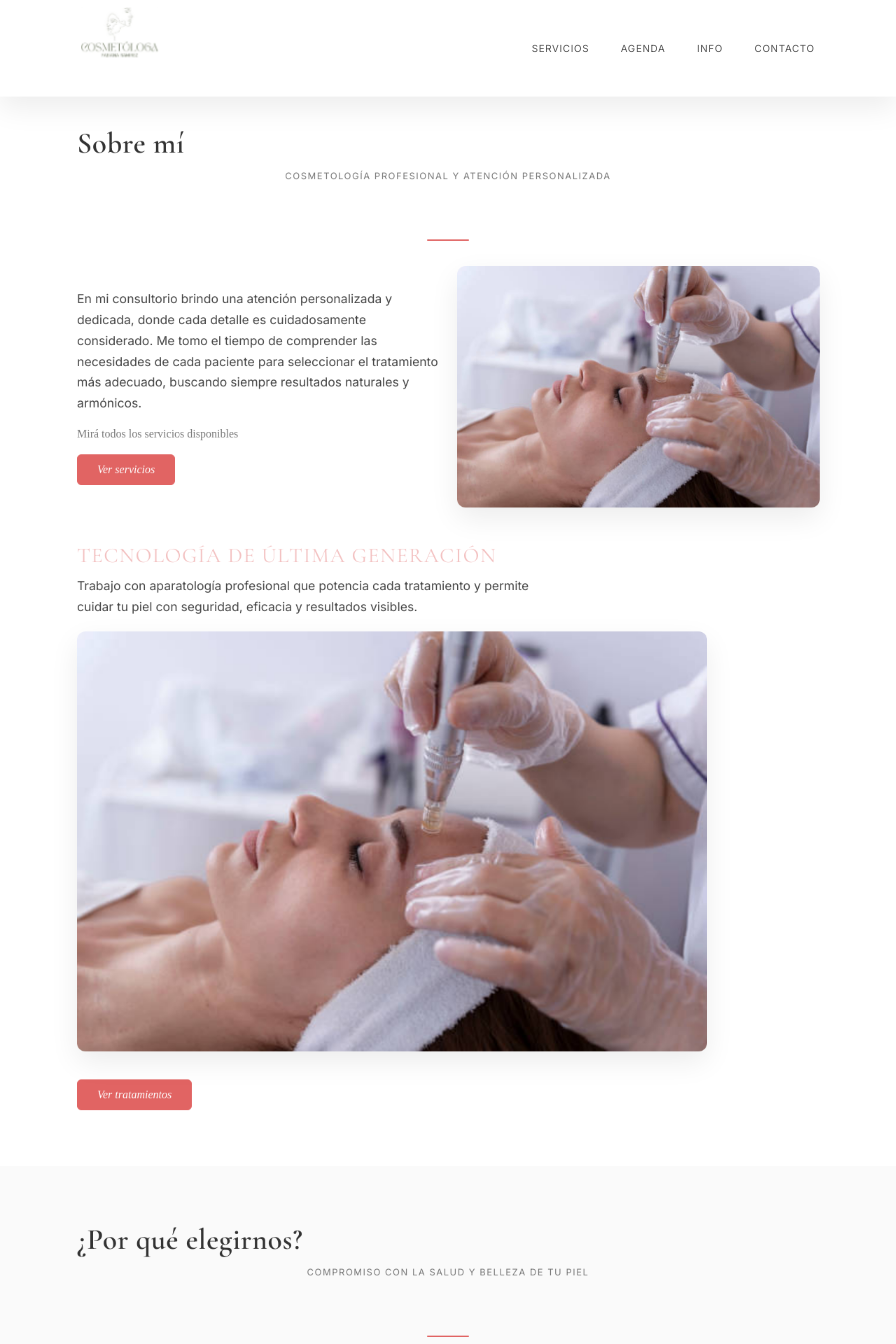
Repository: thiagobal1891-sudo/paginaweb
Page: pages/info.html
An editor plug-in stored every save of this project. The page is shown before and after the next save, followed by the edit.
The browser window is 1280 px wide. The pictures show the part of the page from y = 0 to 1920 px (the page is 2559 px tall before and 2588 px after), at 70% of full size.
Some web fonts or font styles are not loaded; a fallback is used.

Above is the page before, as saved 2026-03-17 11:33:00.
Console error: ReferenceError: emailjs is not defined

After the next save:
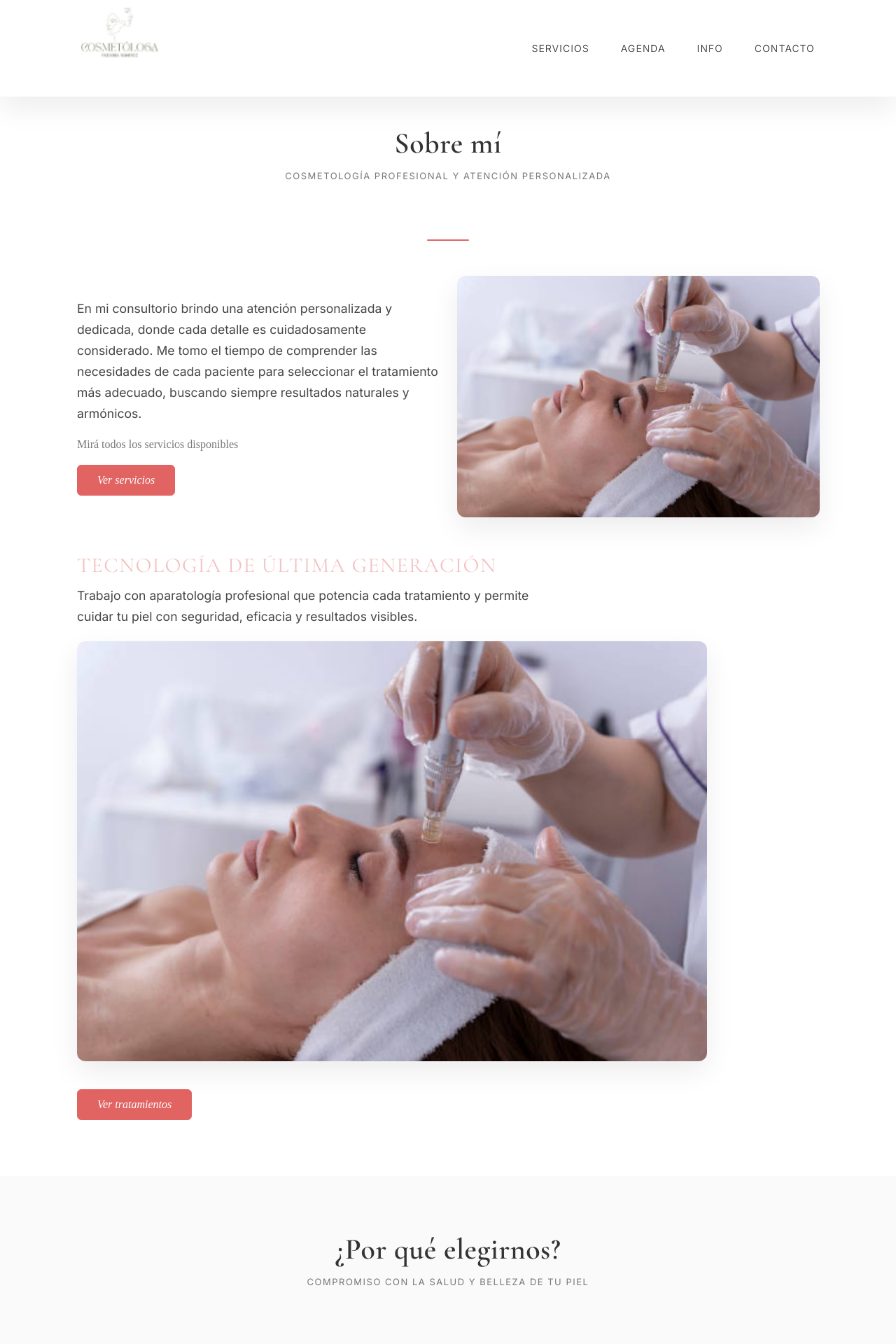
Saved 13 s later.
--- a/css/style.css
+++ b/css/style.css
@@ -278,9 +278,7 @@ transform:translateY(0);
 }
 }
 .section-title{
-  flex-direction: column;
-  justify-content: center;
-  height: 150px;
+  text-align:center;
   position:relative;
   }
 .section-title.show{
